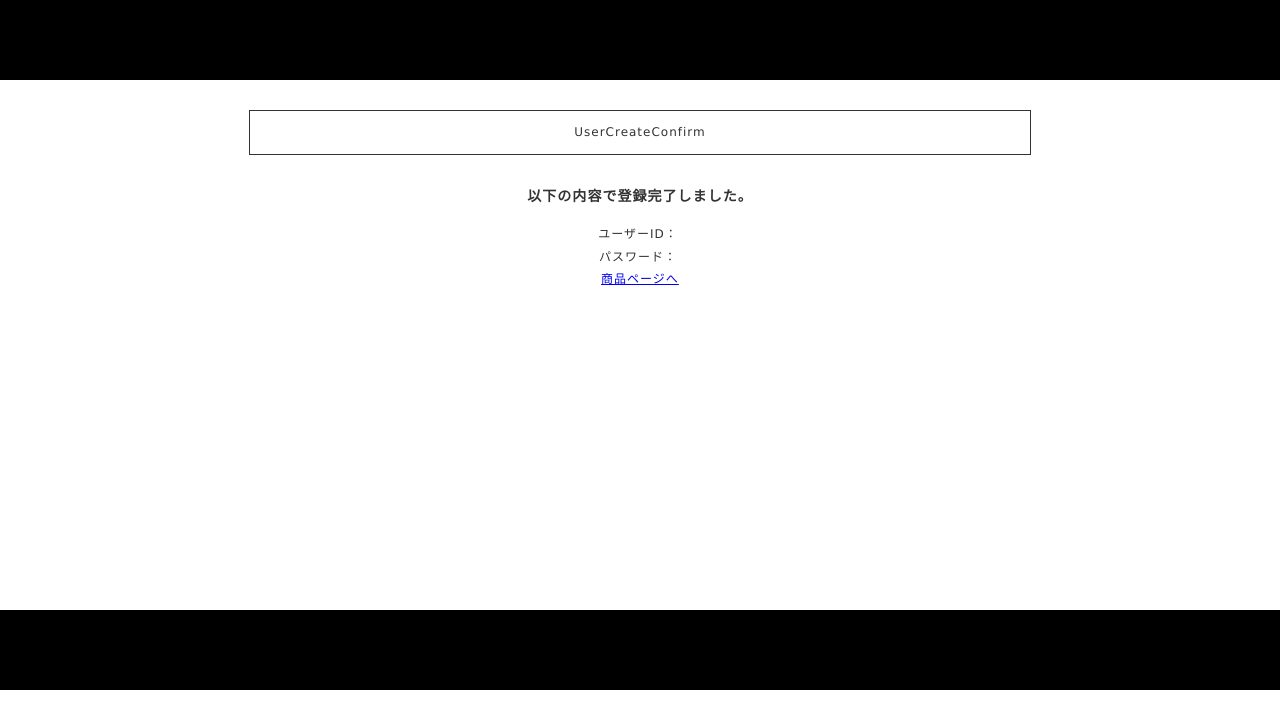
Repository: y321sudo/test2
Page: http://localhost/Yukazon/userCreateComplete.jsp
The author's editor kept a copy of each file at every save. The page is drawn from the files as they stood at one save, then again after the next save.
The browser window is 1280 px wide. The pictures show the whole page.
The page is served by Tomcat 9. Other server files are loaded and not shown.

Above is the page before, as saved 2018-02-21 08:02:33.

### Yukazon/WebContent/userCreateComplete.jsp
<%@ page language="java" contentType="text/html; charset=UTF-8" pageEncoding="UTF-8"%>
<%@ taglib prefix="s" uri="/struts-tags"%>

<!DOCTYPE html>
<html>
<head>
	<meta charset="utf-8">
	<meta http-equiv="Content-Type" content="text/html; charset=utf-8" />
	<meta http-equiv="Content-Style-Type" content="text/css" />
	<meta http-equiv="Content-Script-Type" content="text/javascript" />
	<meta http-equiv="imagetoolbar" content="no" />
	<meta name="description" content="" />
	<meta name="keywords" content="" />
	<meta charset="utf-8">
	<title>新規ユーザー登録完了画面</title>
	<style type="text/css">
		/* ========TAG LAYOUT======== */
		body {
		   margin:0;
		   padding:0;
		   line-height:1.6;
		   letter-spacing:1px;
		   font-family:Verdana, Helvetica, sans-serif;
		   font-size:12px;
		   color:#333;
		   background:#fff;
		}

		table {
			text-align:center;
			margin:0 auto;
		}

		/* ========ID LAYOUT======== */
		#top {
		   width:780px;
		   margin:30px auto;
		   border:1px solid #333;
		}

		#header {
		   width: 100%;
		   height: 80px;
		   background-color: black;
		}

		#main {
		   width: 100%;
		   height: 500px;
		   text-align: center;
		}
		#box {
			border: 1px solid #000000;
		}

		#footer {
			width: 100%;
			height: 80px;
			background-color: black;
			clear:both;
		}
	</style>
</head>
<body>
	<div id="header">
	 	<div id="pr">
		</div>
	</div>
	<div id="main">
		<div id="top">
			<p>UserCreateConfirm</p>
		</div>
<div>
			<h3>以下の内容で登録完了しました。</h3>
			<table>
					<tr id="box">
						<td>
							<label>ユーザーID：</label>
						</td>
						<td>
							<s:property value="loginUserId" escape="false" />
						</td>
					</tr>
					<tr id="box">
						<td>
							<label>パスワード：</label>
						</td>
						<td>
							<s:property value="loginPassword" escape="false" />
						</td>
					</tr>
			</table>
			<div>
				<a href="http://localhost:8080/Yukazon/buyItem.jsp">商品ページへ</a>
			</div>
		</div>
	</div>
	<div id="footer">
	 	<div id="pr">
		</div>
	</div>
</body>
</html>

After the next save:
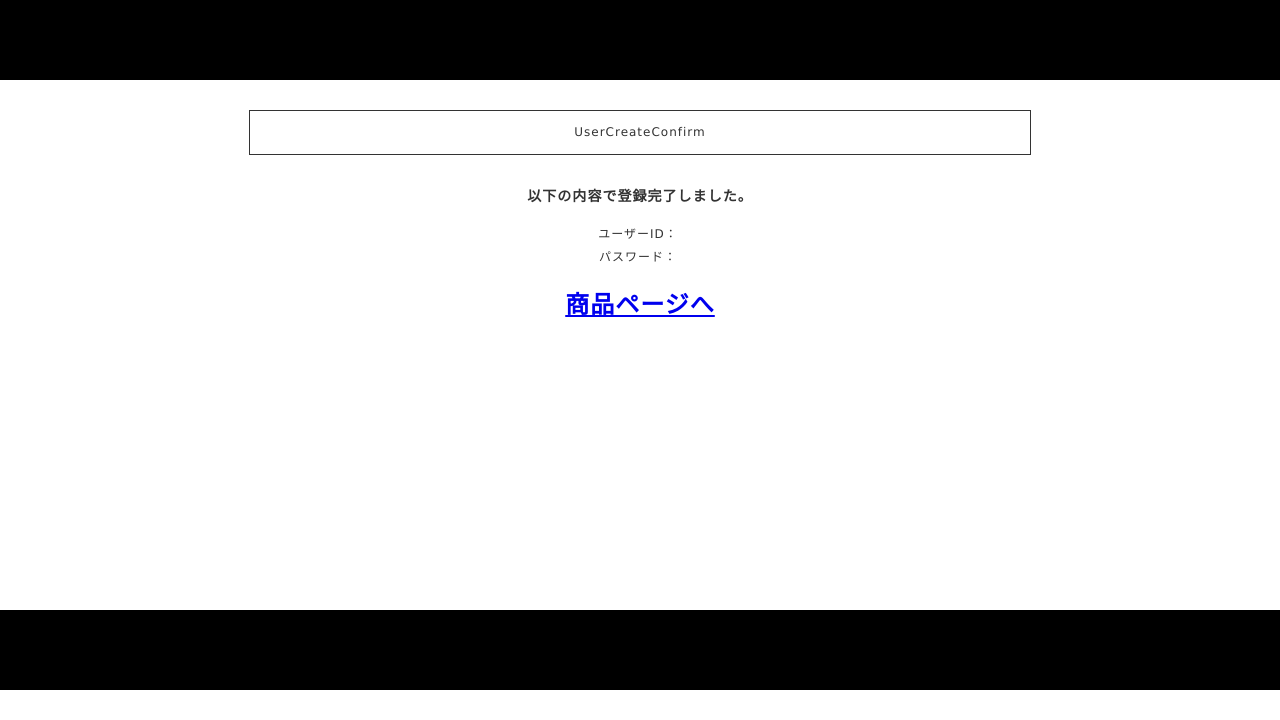
Saved 2 min 0 s later.
--- a/Yukazon/WebContent/userCreateComplete.jsp
+++ b/Yukazon/WebContent/userCreateComplete.jsp
@@ -91,7 +91,7 @@
 					</tr>
 			</table>
 			<div>
-				<a href="http://localhost:8080/Yukazon/buyItem.jsp">商品ページへ</a>
+				<h1><a href="http://localhost:8080/Yukazon/buyItem.jsp">商品ページへ</a></h1>
 			</div>
 		</div>
 	</div>
